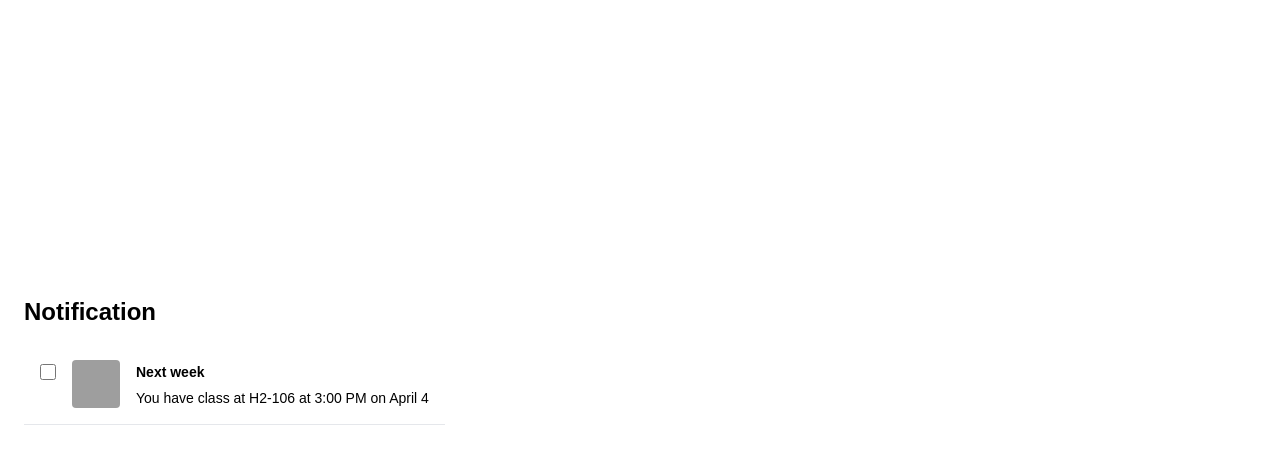
Repository: CNPM-S3MRS/frontend-web
Page: /notification
These files come from the project's save history. The page is drawn as it stood at one moment and after the next save; the edit follows.
The browser window is 1280 px wide. The pictures show the whole page.
Pictures or frames that could not be fetched are drawn as grey boxes. The project was rebuilt for these pictures with package versions that can differ from the ones it lists, and the page was loaded fresh each time. Also part of the build but not shown: vite.config.js, src/pages/auth/Login.jsx.

Above is the page before, as saved 2025-04-08 23:01:30.

After the next save:
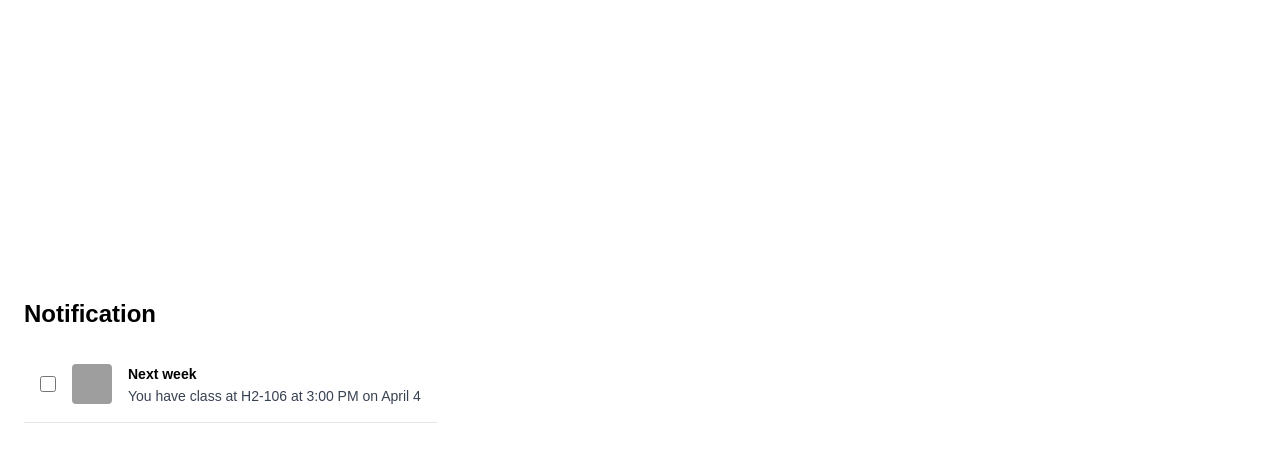
Saved 7 min 1 s later.
--- a/src/components/card/NotificationCard.jsx
+++ b/src/components/card/NotificationCard.jsx
@@ -2,15 +2,15 @@
 
 const NotificationCard = ({ image, status, statusColor, message }) => {
   return (
-    <div className="flex items-start space-x-4 p-4 border-b">
+    <div className="flex items-center space-x-4 p-4 border-b">
       {/* Checkbox */}
-      <input type="checkbox" className="mt-1" />
+      <input type="checkbox" className="w-4 h-4" />
 
       {/* Image */}
       <img
         src={image}
         alt="Notification"
-        className="w-12 h-12 object-cover rounded"
+        className="w-10 h-10 object-cover rounded"
       />
 
       {/* Content */}
@@ -20,7 +20,7 @@
         >
           {status}
         </span>
-        <p className="text-sm mt-1">{message}</p>
+        <p className="text-sm text-gray-700">{message}</p>
       </div>
     </div>
   );
